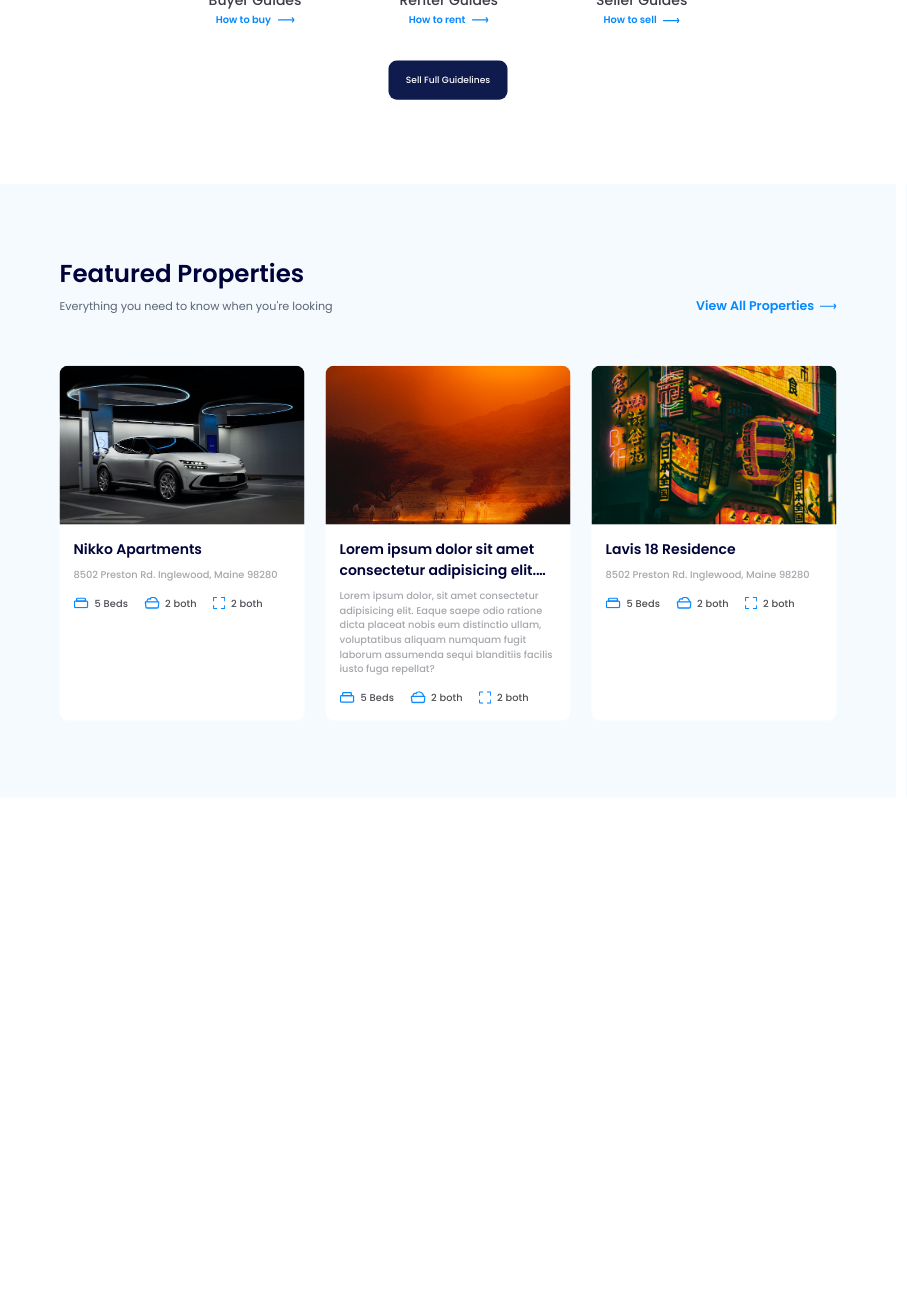
Repository: empty24062002/f8-htmlcss-01
Page: index.html
An editor plug-in stored every save of this project. The page is shown before and after the next save, followed by the edit.
The browser window is 1280 px wide. The page is 1295 px wide, so the pictures cover 1295 px, including what lies to the right of the window. The pictures show the part of the page from y = 1608 to 3488 px (the page is 10000 px tall), at 70% of full size.

Above is the page before, as saved 2023-07-13 09:08:22.

### index.html
<!DOCTYPE html>
<html lang="en">
    <head>
        <meta charset="UTF-8" />
        <meta name="viewport" content="width=device-width, initial-scale=1.0" />
        <title>F8 PROJECT 01</title>
        <link rel="stylesheet" href="./assets/css/reset.css" />
        <link rel="stylesheet" href="./assets/fonts/stylesheet.css" />
        <link rel="stylesheet" href="./assets/css/styles.css" />
    </head>
    <body>
        <main style="height: 10000px">
            <!-- Header -->
            <header class="header">
                <div class="content">
                    <nav class="navbar">
                        <!-- Logo -->
                        <img src="./assets/img/Logo.svg" alt="Besnik." />
                        <!-- Navigation -->
                        <ul>
                            <li><a href="#!">Home</a></li>
                            <li><a href="#!">Features</a></li>
                            <li><a href="#!">Services</a></li>
                            <li><a href="#!">Resources</a></li>
                            <li><a href="#!">Contact</a></li>
                        </ul>
                        <!-- Action -->
                        <div class="actions">
                            <a href="#!" class="action-link">Sign in</a>
                            <a href="#!" class="btn action-btn">Sign up</a>
                        </div>
                    </nav>

                    <div class="hero">
                        <div class="info">
                            <p class="sub-title">Welcome to Besnik Agency</p>
                            <h1 class="title">
                                Discover a place you'll love to live.
                            </h1>
                            <p class="desc">
                                Get the best real estate deals first, before
                                they hit the mass market! HOT FORECLOSURE DEALS
                                with one simple search.
                            </p>
                            <!-- cta: call to action -->
                            <a href="#!" class="btn hero-cta">More About Us</a>
                        </div>

                        <img
                            src="./assets/img/hero-img.svg"
                            alt="Discover a place you'll love to live."
                            class="hero-img"
                        />
                    </div>
                </div>
            </header>

            <!-- Clients -->
            <div class="clients">
                <div class="content">
                    <div class="row">
                        <!-- Logo -->
                        <img src="./assets/img/Logo.svg" alt="Besnik" />

                        <!-- Stars -->
                        <div class="stars">
                            <img src="./assets/img/star.svg" alt="star" />
                            <img src="./assets/img/star.svg" alt="star" />
                            <img src="./assets/img/star.svg" alt="star" />
                            <img src="./assets/img/star.svg" alt="star" />
                            <img src="./assets/img/star.svg" alt="star" />
                        </div>
                    </div>

                    <div class="row row-desc">
                        <p class="desc">
                            More than 45,000+ companies trust besnik
                        </p>
                        <p class="desc">5 Star Ratings (2k+ Review)</p>
                    </div>

                    <div class="images">
                        <img src="./assets/img/meundies-cllients1.svg" alt="" />
                        <img src="./assets/img/slack-clients.svg" alt="" />
                        <img src="./assets/img/amz-clients 3.svg" alt="" />
                        <img
                            src="./assets/img/woo-commerce-clients 4.svg"
                            alt=""
                        />
                        <img src="./assets/img/sitepoint-clients5.svg" alt="" />
                    </div>
                </div>
            </div>

            <!-- Guides -->
            <div class="guides">
                <div class="content">
                    <h2 class="sub-title">How its works?</h2>
                    <p class="desc">
                        Everything you need to know when you're looking to buy,
                        rent, or sell - all in one place.
                    </p>

                    <!-- List Guide -->
                    <ul class="list-guide">
                        <li class="guide-item">
                            <img
                                src="./assets/img/cart-icon.svg"
                                alt="buyer"
                                class="icon"
                            />
                            <h3 class="title">Buyer Guides</h3>
                            <a href="How to buy" class="link">
                                <span>How to buy</span>
                                <img
                                    src="./assets/img/arow-right.svg"
                                    alt="arrow right"
                                    class="arrow"
                                />
                            </a>
                        </li>
                        <li class="guide-item">
                            <img
                                src="./assets/img/rent-icon.svg"
                                alt="rent"
                                class="icon"
                            />
                            <h3 class="title">Renter Guides</h3>
                            <a href="How to buy" class="link">
                                <span>How to rent</span>
                                <img
                                    src="./assets/img/arow-right.svg"
                                    alt="arrow right"
                                    class="arrow"
                                />
                            </a>
                        </li>
                        <li class="guide-item">
                            <img
                                src="./assets/img/sellerr-icon.svg"
                                alt="Seller"
                                class="icon"
                            />
                            <h3 class="title">Seller Guides</h3>
                            <a href="How to buy" class="link">
                                <span>How to sell</span>
                                <img
                                    src="./assets/img/arow-right.svg"
                                    alt="arrow right"
                                    class="arrow"
                                />
                            </a>
                        </li>
                    </ul>

                    <div class="guide-cta">
                        <a href="#!" class="btn">Sell Full Guidelines</a>
                    </div>
                </div>
            </div>

            <!-- Featured -->
            <div class="featured">
                <div class="content">
                    <header>
                        <h2 class="sub-title">Featured Properties</h2>
                        <div class="row">
                            <p class="desc">
                                Everything you need to know when you're looking
                            </p>
                            <a href="#!" class="link">
                                <span>View All Properties</span>
                                <img
                                    src="./assets/img/arow-right.svg"
                                    alt="arrow right"
                                    class="arrow"
                                />
                            </a>
                        </div>
                    </header>

                    <div class="list">
                        <!-- Featured item 1 -->
                        <div class="item">
                            <a href="#!">
                                <img
                                    src="./assets/img/featured-1.jpg"
                                    alt="Nikko Apartments"
                                    class="thumbnail"
                                />
                            </a>
                            <div class="body">
                                <h3 class="title">
                                    <a href="#!">Nikko Apartments</a>
                                </h3>
                                <p class="desc">
                                    8502 Preston Rd. Inglewood, Maine 98280
                                </p>
                                <div class="info">
                                    <img
                                        src="./assets/img/icon-1.svg"
                                        alt=""
                                        class="icon"
                                    />
                                    <span class="lable">5 Beds</span>
                                    <img
                                        src="./assets/img/icon-2.svg"
                                        alt=""
                                        class="icon"
                                    />
                                    <span class="lable">2 both</span>
                                    <img
                                        src="./assets/img/icon-3.svg"
                                        alt=""
                                        class="icon"
                                    />
                                    <span class="lable">2 both</span>
                                </div>
                            </div>
                        </div>
                        <!-- Featured item 2 -->
                        <div class="item">
                            <a href="#!">
                                <img
                                    src="./assets/img/featured-2.jpg"
                                    alt="CouCou Homestead"
                                    class="thumbnail"
                                />
                            </a>
                            <div class="body">
                                <h3 class="title">
                                    <a href="#!" class="line-clamp"
                                        >Lorem ipsum dolor sit amet consectetur
                                        adipisicing elit. Tempore, perferendis
                                        nostrum. Perspiciatis, ex consequuntur
                                        voluptatibus quasi nemo earum nisi
                                        ea?</a
                                    >
                                </h3>
                                <p class="desc">
                                    Lorem ipsum dolor, sit amet consectetur
                                    adipisicing elit. Eaque saepe odio ratione
                                    dicta placeat nobis eum distinctio ullam,
                                    voluptatibus aliquam numquam fugit laborum
                                    assumenda sequi blanditiis facilis iusto
                                    fuga repellat?
                                </p>
                                <div class="info">
                                    <img
                                        src="./assets/img/icon-1.svg"
                                        alt=""
                                        class="icon"
                                    />
                                    <span class="lable">5 Beds</span>
                                    <img
                                        src="./assets/img/icon-2.svg"
                                        alt=""
                                        class="icon"
                                    />
                                    <span class="lable">2 both</span>
                                    <img
                                        src="./assets/img/icon-3.svg"
                                        alt=""
                                        class="icon"
                                    />
                                    <span class="lable">2 both</span>
                                </div>
                            </div>
                        </div>
                        <!-- Featured item 3 -->
                        <div class="item">
                            <a href="#!">
                                <img
                                    src="./assets/img/featured-3.jpg"
                                    alt="Lavis 18 Residence"
                                    class="thumbnail"
                                />
                            </a>
                            <div class="body">
                                <h3 class="title">
                                    <a href="#!">Lavis 18 Residence</a>
                                </h3>
                                <p class="desc">
                                    8502 Preston Rd. Inglewood, Maine 98280
                                </p>
                                <div class="info">
                                    <img
                                        src="./assets/img/icon-1.svg"
                                        alt=""
                                        class="icon"
                                    />
                                    <span class="lable">5 Beds</span>
                                    <img
                                        src="./assets/img/icon-2.svg"
                                        alt=""
                                        class="icon"
                                    />
                                    <span class="lable">2 both</span>
                                    <img
                                        src="./assets/img/icon-3.svg"
                                        alt=""
                                        class="icon"
                                    />
                                    <span class="lable">2 both</span>
                                </div>
                            </div>
                        </div>
                    </div>
                </div>
            </div>
        </main>
    </body>
</html>

### assets/fonts/stylesheet.css
/* =======Poppins======= */
@font-face {
    font-family: "Poppins";
    src: url("Poppins/Poppins-Black.woff2") format("woff2"),
        url("Poppins/Poppins-Black.woff") format("woff");
    font-weight: 900;
    font-style: normal;
    font-display: swap;
}

@font-face {
    font-family: "Poppins";
    src: url("Poppins/Poppins-BlackItalic.woff2") format("woff2"),
        url("Poppins/Poppins-BlackItalic.woff") format("woff");
    font-weight: 900;
    font-style: italic;
    font-display: swap;
}

@font-face {
    font-family: "Poppins";
    src: url("Poppins/Poppins-Bold.woff2") format("woff2"),
        url("Poppins/Poppins-Bold.woff") format("woff");
    font-weight: bold;
    font-style: normal;
    font-display: swap;
}

@font-face {
    font-family: "Poppins";
    src: url("Poppins/Poppins-Light.woff2") format("woff2"),
        url("Poppins/Poppins-Light.woff") format("woff");
    font-weight: 300;
    font-style: normal;
    font-display: swap;
}

@font-face {
    font-family: "Poppins";
    src: url("Poppins/Poppins-ExtraLight.woff2") format("woff2"),
        url("Poppins/Poppins-ExtraLight.woff") format("woff");
    font-weight: 200;
    font-style: normal;
    font-display: swap;
}

@font-face {
    font-family: "Poppins";
    src: url("Poppins/Poppins-ExtraLightItalic.woff2") format("woff2"),
        url("Poppins/Poppins-ExtraLightItalic.woff") format("woff");
    font-weight: 200;
    font-style: italic;
    font-display: swap;
}

@font-face {
    font-family: "Poppins";
    src: url("Poppins/Poppins-ExtraBoldItalic.woff2") format("woff2"),
        url("Poppins/Poppins-ExtraBoldItalic.woff") format("woff");
    font-weight: bold;
    font-style: italic;
    font-display: swap;
}

@font-face {
    font-family: "Poppins";
    src: url("Poppins/Poppins-Italic.woff2") format("woff2"),
        url("Poppins/Poppins-Italic.woff") format("woff");
    font-weight: normal;
    font-style: italic;
    font-display: swap;
}

@font-face {
    font-family: "Poppins";
    src: url("Poppins/Poppins-BoldItalic.woff2") format("woff2"),
        url("Poppins/Poppins-BoldItalic.woff") format("woff");
    font-weight: bold;
    font-style: italic;
    font-display: swap;
}

@font-face {
    font-family: "Poppins";
    src: url("Poppins/Poppins-ExtraBold.woff2") format("woff2"),
        url("Poppins/Poppins-ExtraBold.woff") format("woff");
    font-weight: bold;
    font-style: normal;
    font-display: swap;
}

@font-face {
    font-family: "Poppins";
    src: url("Poppins/Poppins-Regular.woff2") format("woff2"),
        url("Poppins/Poppins-Regular.woff") format("woff");
    font-weight: normal;
    font-style: normal;
    font-display: swap;
}

@font-face {
    font-family: "Poppins";
    src: url("Poppins/Poppins-SemiBold.woff2") format("woff2"),
        url("Poppins/Poppins-SemiBold.woff") format("woff");
    font-weight: 600;
    font-style: normal;
    font-display: swap;
}

@font-face {
    font-family: "Poppins";
    src: url("Poppins/Poppins-ThinItalic.woff2") format("woff2"),
        url("Poppins/Poppins-ThinItalic.woff") format("woff");
    font-weight: 100;
    font-style: italic;
    font-display: swap;
}

@font-face {
    font-family: "Poppins";
    src: url("Poppins/Poppins-Medium.woff2") format("woff2"),
        url("Poppins/Poppins-Medium.woff") format("woff");
    font-weight: 500;
    font-style: normal;
    font-display: swap;
}

@font-face {
    font-family: "Poppins";
    src: url("Poppins/Poppins-Thin.woff2") format("woff2"),
        url("Poppins/Poppins-Thin.woff") format("woff");
    font-weight: 100;
    font-style: normal;
    font-display: swap;
}

@font-face {
    font-family: "Poppins";
    src: url("Poppins/Poppins-SemiBoldItalic.woff2") format("woff2"),
        url("Poppins/Poppins-SemiBoldItalic.woff") format("woff");
    font-weight: 600;
    font-style: italic;
    font-display: swap;
}

@font-face {
    font-family: "Poppins";
    src: url("Poppins/Poppins-MediumItalic.woff2") format("woff2"),
        url("Poppins/Poppins-MediumItalic.woff") format("woff");
    font-weight: 500;
    font-style: italic;
    font-display: swap;
}

@font-face {
    font-family: "Poppins";
    src: url("Poppins/Poppins-LightItalic.woff2") format("woff2"),
        url("Poppins/Poppins-LightItalic.woff") format("woff");
    font-weight: 300;
    font-style: italic;
    font-display: swap;
}

Loaded but not shown: assets/css/reset.css (common file); assets/css/styles.css (349 lines, source omitted)

After the next save:
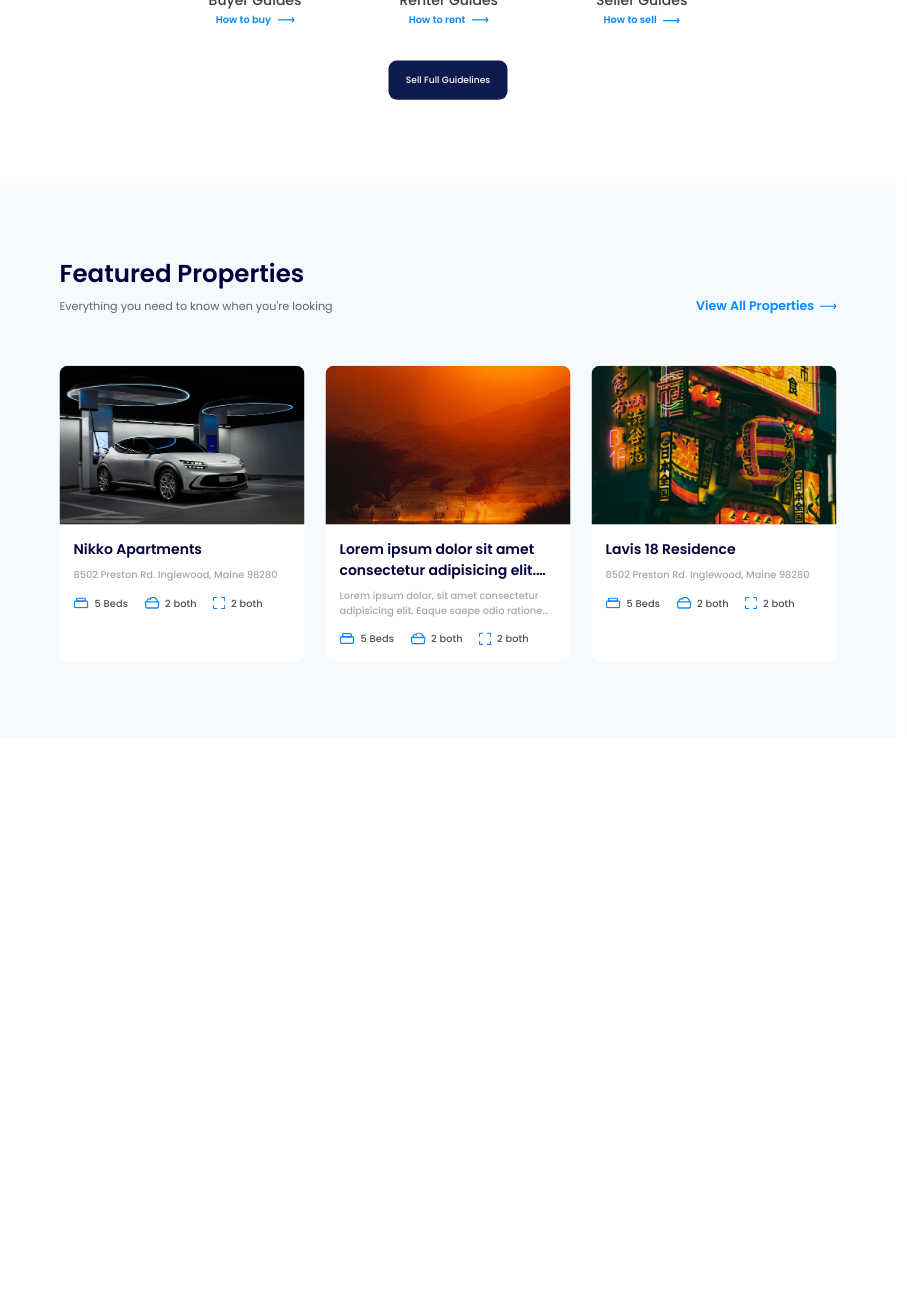
Saved 66 s later.
--- a/index.html
+++ b/index.html
@@ -237,7 +237,7 @@
                                         ea?</a
                                     >
                                 </h3>
-                                <p class="desc">
+                                <p class="desc line-clamp">
                                     Lorem ipsum dolor, sit amet consectetur
                                     adipisicing elit. Eaque saepe odio ratione
                                     dicta placeat nobis eum distinctio ullam,
